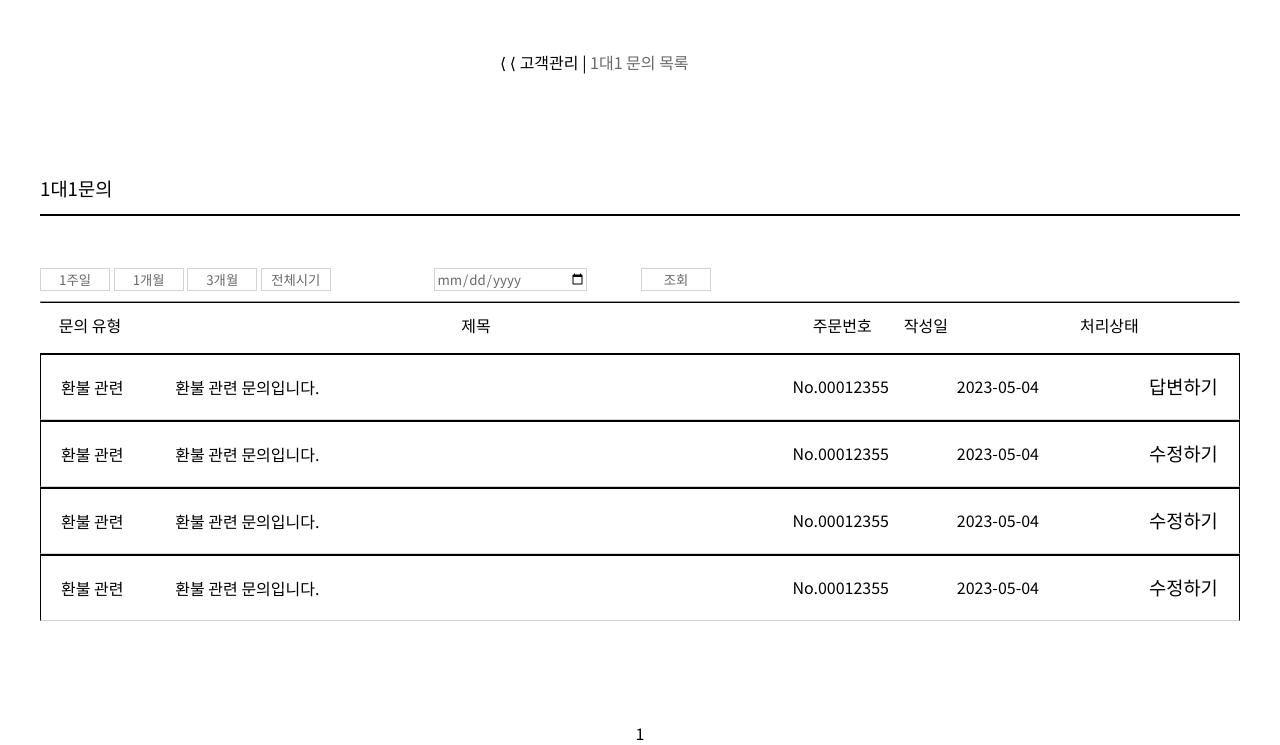
Repository: mcw9503/PassionForFashion
Page: Semi_Project/src/main/webapp/WEB-INF/QnaPage.html
An editor plug-in stored every save of this project. The page is shown before and after the next save, followed by the edit.
The browser window is 1280 px wide. The pictures show the whole page.

Above is the page before, as saved 2023-05-07 08:48:31.

After the next save:
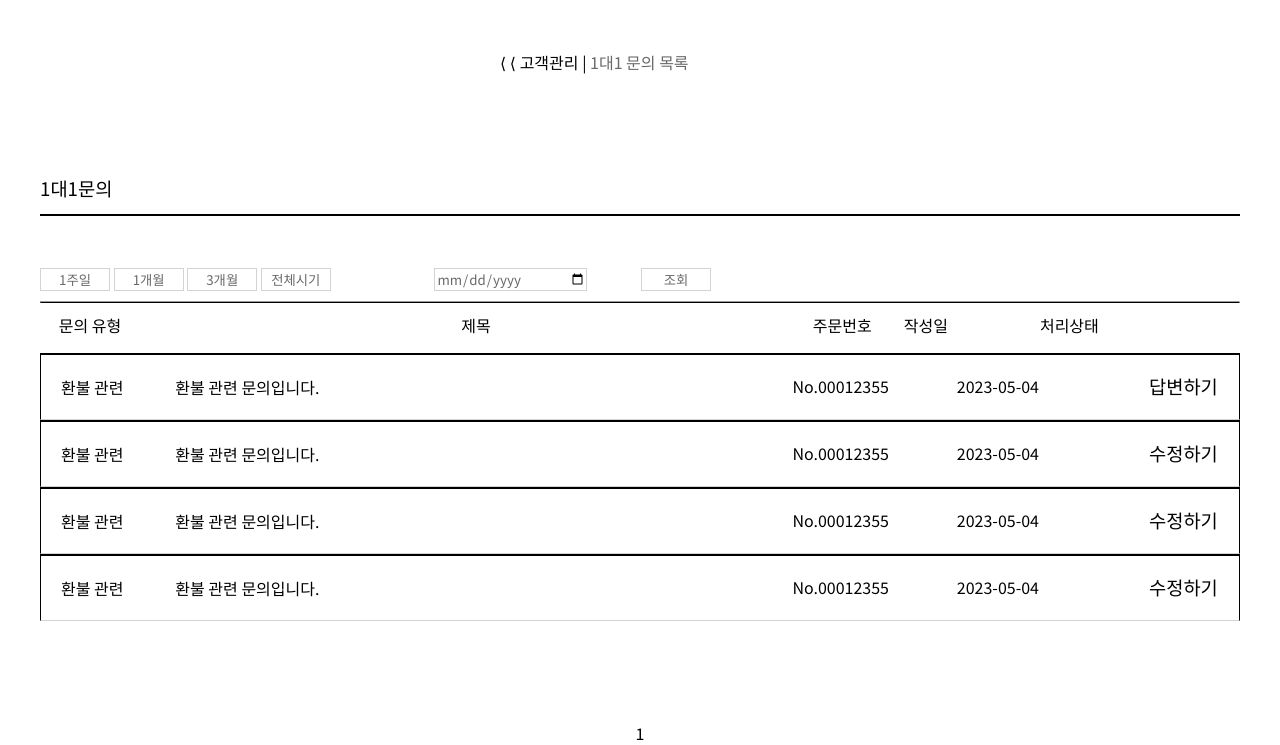
Saved 12 s later.
--- a/Semi_Project/src/main/webapp/WEB-INF/QnaPage.html
+++ b/Semi_Project/src/main/webapp/WEB-INF/QnaPage.html
@@ -139,7 +139,7 @@ div form input:active {
 		<div style="display: inline-block; text-align: center; width: 60px; height: 40px;">
 			<p> 주문번호 </p>
 		</div>
-		<div style="display: inline-block; text-align: center; width: 100px; height: 40px; margin-right: 85px;">
+		<div style="display: inline-block; text-align: center; width: 100px; height: 40px; margin-right: 45px;">
 			<p> 작성일 </p>
 		</div>
 		<div style="display: inline-block; text-align: center; width: 90px; height: 40px; ">
